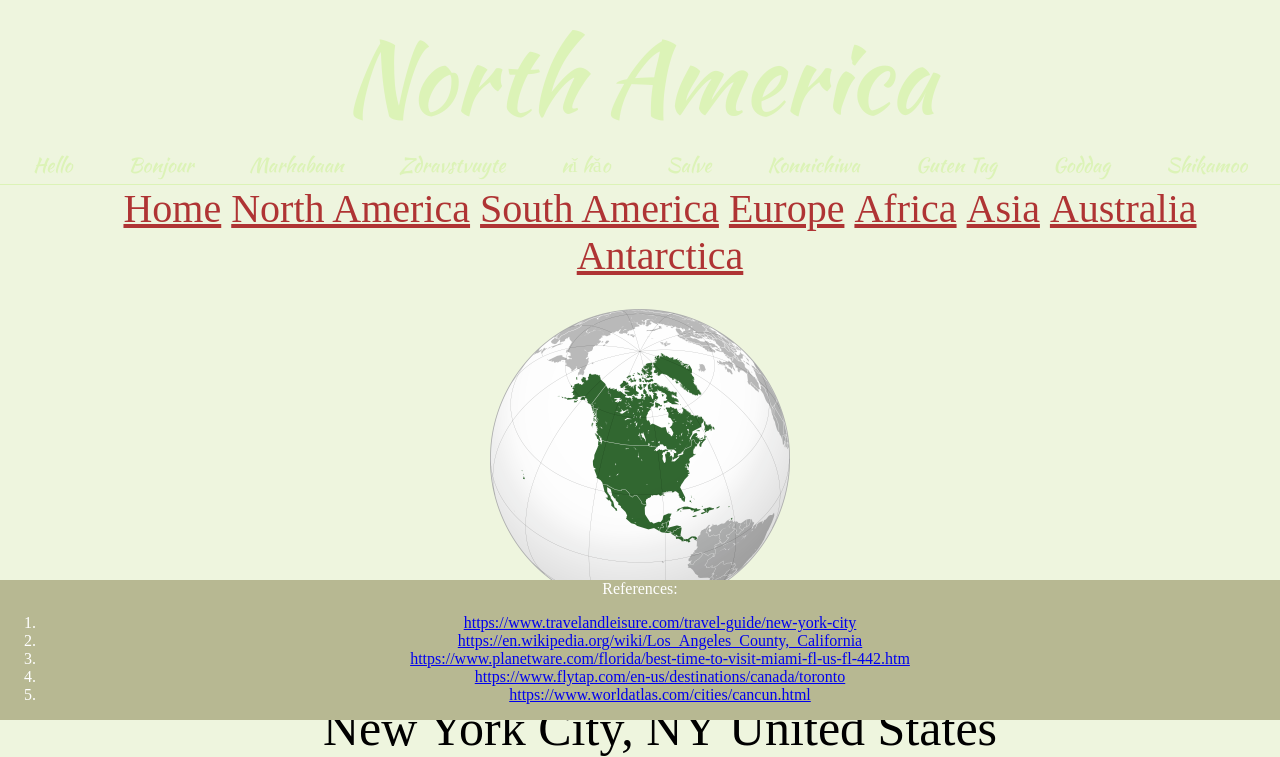
Repository: alharama/StaticWebsite
Page: na_page.html
An editor plug-in stored every save of this project. The page is shown before and after the next save, followed by the edit.
The browser window is 1280 px wide. The pictures show the part of the page from y = 0 to 757 px (the page is 4738 px tall).
Pictures or frames that could not be fetched are drawn as grey boxes.

Above is the page before, as saved 2021-10-07 20:03:37.

After the next save:
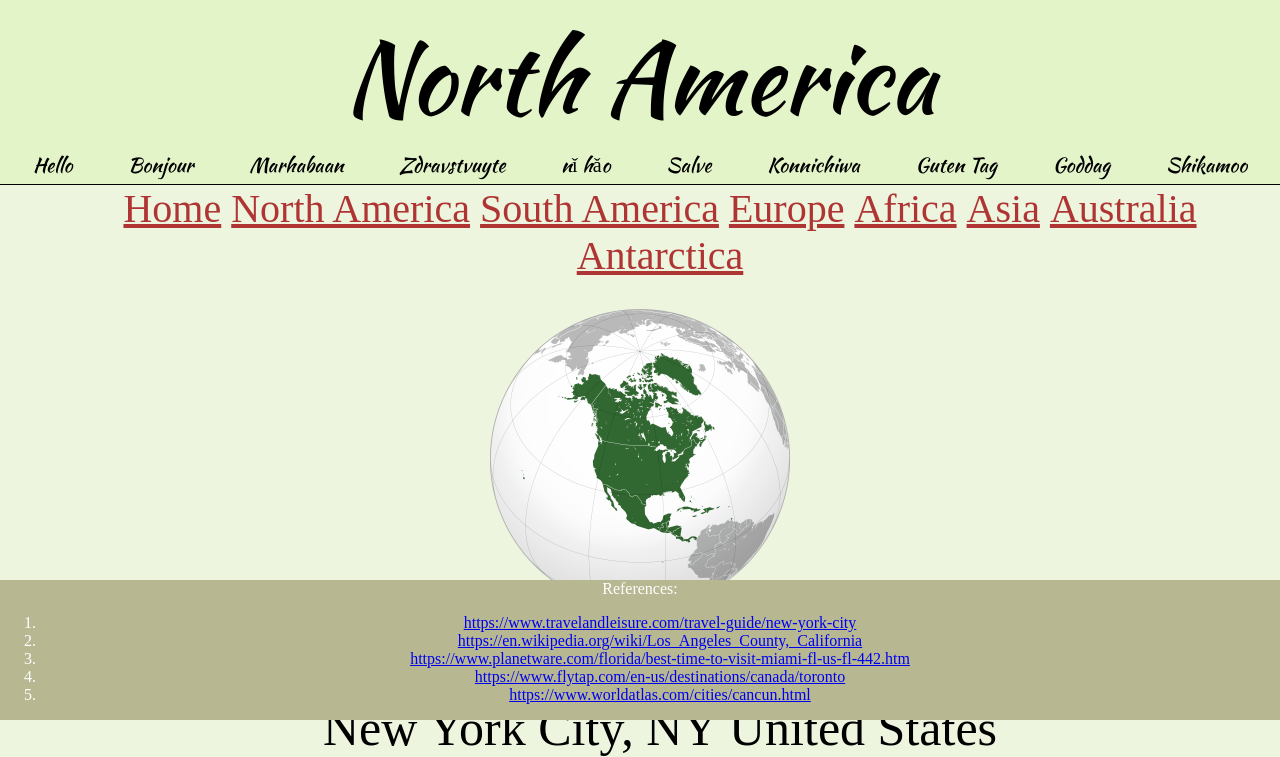
Saved 16 s later.
--- a/CSS/stylesheet.css
+++ b/CSS/stylesheet.css
@@ -9,7 +9,7 @@
     font-family: 'Kaushan Script', cursive;
     font-size: 100px;
     border-bottom: 1px solid;
-    color: rgb(220, 243, 183);
+    background-color: rgba(220, 243, 183, 0.527);
 
 }
 
